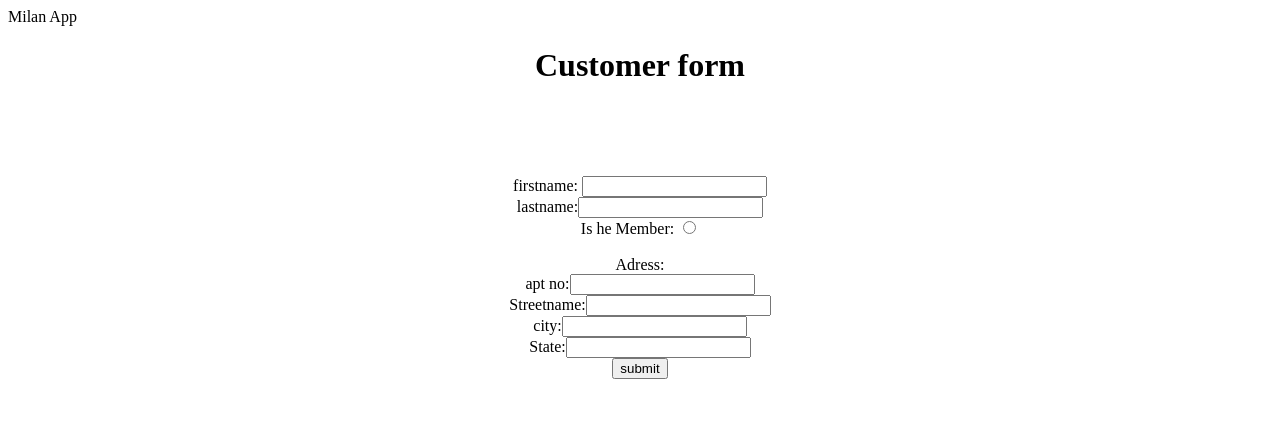
Repository: srinivaskommu/java-training
Page: milan-app/src/main/webapp/index.html
The author's editor kept a copy of each file at every save. The page is drawn from the files as they stood at one save, then again after the next save.
The browser window is 1280 px wide. The pictures show the whole page.

Above is the page before, as saved 2015-07-25 04:17:21.

### milan-app/src/main/webapp/index.html
<!DOCTYPE html>
<html>
<head>
<meta charset="UTF-8">
<title>Milan App</title>
</head>
<body>
Milan App

<form action="/hello">

		<h1 style="text-align: center">Customer form</h1>
		<br>
		<br>
		<br>

		<p style="text-align: center">
			firstname: <input type="text" name="firstname" /><br>
			lastname:<input type="text" name="lastname"><br>
			Is he Member: <input type="radio" name="isMember"><br>

			<br> Adress:<br> apt no:<input type"text" name="aptno"><br>
			Streetname:<input type "text" name="Streetname"><br>
			city:<input type "text" name="city"><br> State:<input
				type"text" name="State"><br>


		<input type="submit"
				value="submit"/>


		<!--  <input type="submit"
				value="submit" onclick="form.action='Welcome.jsp';"> -->
		</p>
	</form>



</body>
</html>

After the next save:
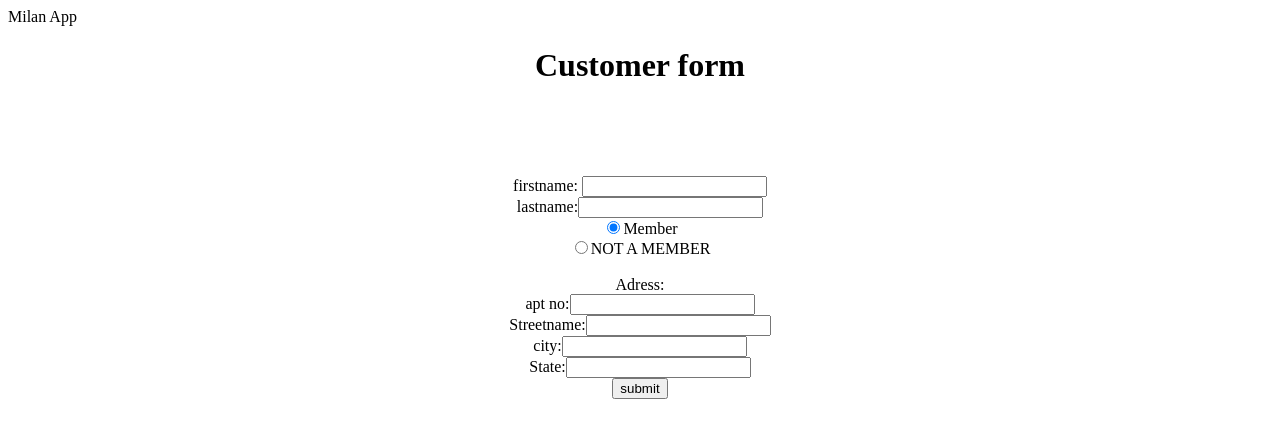
Saved 2 min 12 s later.
--- a/milan-app/src/main/webapp/index.html
+++ b/milan-app/src/main/webapp/index.html
@@ -17,7 +17,10 @@ Milan App
 		<p style="text-align: center">
 			firstname: <input type="text" name="firstname" /><br>
 			lastname:<input type="text" name="lastname"><br>
-			Is he Member: <input type="radio" name="isMember"><br>
+
+
+			<input type="radio" name="isMember" value="Y" checked>Member<br>
+			<input type="radio" name="isMember" value="N">NOT A MEMBER<br>
 
 			<br> Adress:<br> apt no:<input type"text" name="aptno"><br>
 			Streetname:<input type "text" name="Streetname"><br>
